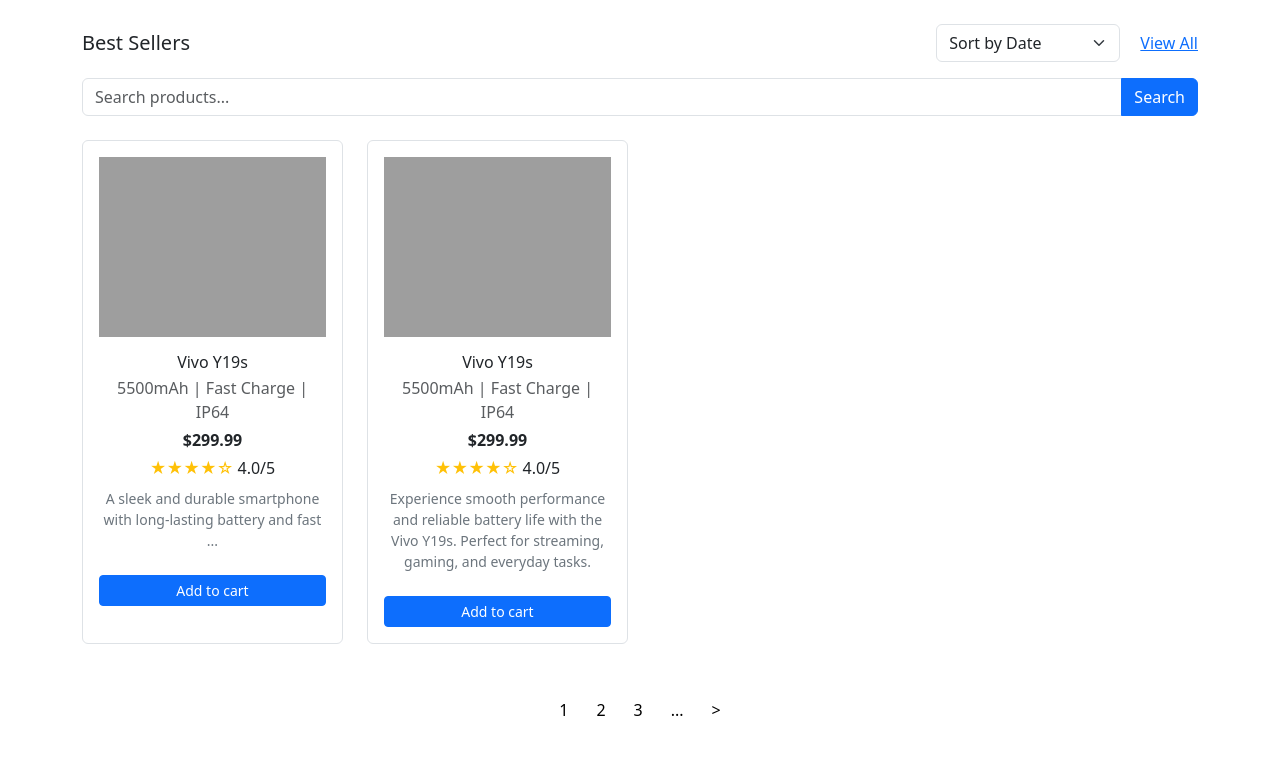
Repository: Darkrepo23/Ecommerce-Manalastas-project
Page: index.html
These files come from the project's save history. The page is drawn as it stood at one moment and after the next save; the edit follows.
The browser window is 1280 px wide. The pictures show the part of the page from y = 470 to 1246 px (the page is 1883 px tall).
Pictures or frames that could not be fetched are drawn as grey boxes. Some web libraries are served in a nearby version.

Above is the page before, as saved 2026-01-06 10:40:56.

### index.html
<!doctype html>
<html lang="en">

<head>
    <meta charset="utf-8">
    <meta name="viewport" content="width=device-width, initial-scale=1">
    <link rel="stylesheet" href="css/nav.css">
    <title>Homepage - Bootstrap Mock</title>
    <link href="https://cdn.jsdelivr.net/npm/bootstrap@5.3.2/dist/css/bootstrap.min.css" rel="stylesheet">
    <link rel="stylesheet" href="https://cdn.jsdelivr.net/npm/bootstrap-icons@1.11.0/font/bootstrap-icons.css">

    <style>
        .main-carousel {
            height: 380px;
            /* <<--- change this height anytime */
        }

        .product-card {
            transition: transform 0.3s ease, box-shadow 0.3s ease;
            cursor: pointer;
        }

        .product-card:hover {
            transform: translateY(-5px);
            box-shadow: 0 10px 20px rgba(0, 0, 0, 0.2);
        }

        .product-card img {
            transition: transform 0.3s ease;
        }

        .product-card:hover img {
            transform: scale(1.05);
        }

        .product-card button {
            transition: background-color 0.3s ease, transform 0.2s ease;
        }

        .product-card button:hover {
            background-color: #0056b3;
            /* Darker shade */
            transform: scale(1.05);
        }

        .main-carousel img {
            height: 100%;
            width: 100%;
            object-fit: cover;
            /* makes image fill the box nicely */
        }

        .promo img {
            width: 100%;
            height: 40vh;
            /* or 100vh for full viewport height */
            object-fit: cover;
            background-position: center;
            background-size: cover;
        }

        .page-btn {
            background-color: #f0f0f0;
            border: 1px solid #ccc;
            padding: 8px 14px;
            border-radius: 5px;
            cursor: pointer;
            transition: all 0.3s ease;
            font-weight: lighter;
        }

        .page-btn:hover {
            background-color: #007bff;
            color: #fff;
            transform: scale(1.1);
            box-shadow: 0 4px 8px rgba(0, 0, 0, 0.2);
        }

        .page-btn:active {
            animation: bounce 0.3s;
        }

        @keyframes bounce {
            0% {
                transform: scale(1);
            }

            50% {
                transform: scale(0.9);
            }

            100% {
                transform: scale(1);
            }
        }


        /* Footer */
        .footer {
            background-color: var(--dark-blue);
            color: white;
            padding: 3rem 0 1rem;
            margin-top: 4rem;
        }

        .footer-links {
            display: flex;
            gap: 3rem;
            justify-content: center;
            margin-bottom: 2rem;
        }

        .footer-link {
            color: white;
            text-decoration: none;
            font-size: 1.1rem;
            font-weight: 500;
            transition: all 0.3s ease;
        }

        .footer-link:hover {
            color: #fff;
            transform: translateY(-2px);
        }

        .social-icons {
            display: flex;
            gap: 2rem;
            justify-content: center;
            margin: 2rem 0;
        }

        .social-icon {
            width: 50px;
            height: 50px;
            background: white;
            color: var(--dark-blue);
            border-radius: 50%;
            display: flex;
            align-items: center;
            justify-content: center;
            font-size: 1.5rem;
            transition: all 0.3s ease;
        }

        .social-icon:hover {
            background-color: var(--primary-blue);
            color: white;
            transform: translateY(-5px) rotate(360deg);
        }

        .custom-checkbox {
            width: 20px;
            height: 20px;
            cursor: pointer;
            transition: all 0.3s ease;
        }

        .custom-checkbox:hover {
            transform: scale(1.2);
        }

        /* Status Order Tabs */
        .status-tabs {
            background: white;
            border-radius: 12px;
            box-shadow: 0 2px 8px rgba(0, 0, 0, 0.1);
            padding: 0.5rem;
            display: flex;
            gap: 0.5rem;
            overflow-x: auto;
            -webkit-overflow-scrolling: touch;
            scrollbar-width: none;
        }

        .status-tabs::-webkit-scrollbar {
            display: none;
        }

        .status-tab {
            padding: 0.75rem 1.25rem;
            border: none;
            background: transparent;
            color: #666;
            font-weight: 500;
            border-radius: 8px;
            transition: all 0.3s ease;
            position: relative;
            white-space: nowrap;
            display: flex;
            align-items: center;
            gap: 0.5rem;
            cursor: pointer;
            flex-shrink: 0;
        }

        .status-tab::before {
            content: '';
            position: absolute;
            bottom: 0;
            left: 50%;
            transform: translateX(-50%) scaleX(0);
            width: 80%;
            height: 3px;
            background-color: var(--primary-blue);
            transition: transform 0.3s ease;
        }

        .status-tab:hover {
            background-color: rgba(0, 86, 179, 0.05);
            color: var(--primary-blue);
        }

        .status-tab:hover::before {
            transform: translateX(-50%) scaleX(1);
        }

        .status-tab.active {
            background-color: var(--primary-blue);
            color: white;
        }

        .status-tab.active::before {
            display: none;
        }

        .status-tab i {
            font-size: 1.2rem;
        }

        .status-tab .badge {
            margin-left: 0.25rem;
            font-size: 0.75rem;
            animation: pulse 2s infinite;
        }

        .status-tab.active .badge {
            background-color: rgba(255, 255, 255, 0.3) !important;
            color: white !important;
        }

        .tab-icon-wrapper {
            display: flex;
            align-items: center;
            gap: 0.5rem;
        }

        @media (max-width: 768px) {


            .footer-links {
                flex-direction: column;
                gap: 1rem;
                justify-content: center;
                align-items: center;
            }

            .social-icons {
                gap: 1rem;
            }

            .price-info {
                text-align: center;
                width: 100%;
            }
        }
    </style>
</head>

<body>

    <nav class="navbar navbar-expand-lg navbar-light bg-white border-bottom">
        <div class="container">
            <a class="navbar-brand" href="#"><img src="img/logo.png" alt=""></a>
            <button class="navbar-toggler" type="button" data-bs-toggle="collapse" data-bs-target="#nav"
                aria-controls="nav" aria-expanded="false" aria-label="Toggle navigation">
                <span class="navbar-toggler-icon"></span>
            </button>
            <div class="collapse navbar-collapse" id="nav">
                <ul class="navbar-nav ms-auto">
                    <li class="nav-item"><a class="nav-link" href="#">Home</a></li>
                    <li class="nav-item"><a class="nav-link" href="#">About</a></li>
                    <li class="nav-item"><a class="nav-link" href="#products">Products</a></li>
                    <li class="nav-item">
                        <a class="nav-link" href="cart.html">
                            <img src="https://cdn-icons-png.flaticon.com/512/2838/2838895.png" alt="Cart" width="30"
                                height="30">
                        </a>
                    </li>
                    <div class="dropdown ms-lg-3">
                        <button class="btn btn-secondary dropdown-toggle" type="button" id="profileDropdown"
                            data-toggle="dropdown" aria-haspopup="true" aria-expanded="false">
                            My Profile
                        </button>
                        <div class="dropdown-menu" aria-labelledby="profileDropdown">
                            <a class="dropdown-item" href="#">View Profile</a>
                            <a class="dropdown-item" href="#">Edit Profile</a>
                            <a class="dropdown-item" href="#">Settings</a>
                            <div class="dropdown-divider"></div>
                            <a class="dropdown-item" href="#">Logout</a>
                        </div>
                    </div>
                </ul>
            </div>
        </div>
    </nav>

    <div class="container mt-4">

        <!-- Carousel Banner -->
        <div id="mainCarousel" class="carousel slide mb-4" data-bs-ride="carousel">
            <div class="carousel-inner">

                <div class="carousel-item active">
                    <img class="d-block w-100 main-carousel"
                        src="https://images.unsplash.com/photo-1498049794561-7780e7231661?auto=format&fit=crop&w=1300&q=80"
                        alt="Slide 1">
                </div>

                <div class="carousel-item">
                    <img class="d-block w-100 main-carousel"
                        src="https://images.unsplash.com/photo-1498049794561-7780e7231661?auto=format&fit=crop&w=1300&q=80"
                        alt="Slide 2">
                </div>

                <div class="carousel-item">
                    <img class="d-block w-100 main-carousel"
                        src="https://images.unsplash.com/photo-1505740420928-5e560c06d30e?auto=format&fit=crop&w=1300&q=80"
                        alt="Slide 3">
                </div>

                <div class="carousel-item">
                    <img class="d-block w-100 main-carousel"
                        src="https://images.unsplash.com/photo-1517336714731-489689fd1ca8?auto=format&fit=crop&w=1300&q=80"
                        alt="Slide 4">
                </div>

                <div class="carousel-item">
                    <img class="d-block w-100 main-carousel"
                        src="https://images.unsplash.com/photo-1518770660439-4636190af475?auto=format&fit=crop&w=1300&q=80"
                        alt="Slide 5">
                </div>

            </div>

            <!-- Controls -->
            <button class="carousel-control-prev" type="button" data-bs-target="#mainCarousel" data-bs-slide="prev">
                <span class="carousel-control-prev-icon"></span>
            </button>
            <button class="carousel-control-next" type="button" data-bs-target="#mainCarousel" data-bs-slide="next">
                <span class="carousel-control-next-icon"></span>
            </button>

            <!-- Indicators -->
            <div class="carousel-indicators">
                <button type="button" data-bs-target="#mainCarousel" data-bs-slide-to="0" class="active"></button>
                <button type="button" data-bs-target="#mainCarousel" data-bs-slide-to="1"></button>
                <button type="button" data-bs-target="#mainCarousel" data-bs-slide-to="2"></button>
                <button type="button" data-bs-target="#mainCarousel" data-bs-slide-to="3"></button>
                <button type="button" data-bs-target="#mainCarousel" data-bs-slide-to="4"></button>
            </div>

        </div>

        <div class="d-flex justify-content-between align-items-center mb-3" id="products">
            <h5 class="mb-0">Best Sellers</h5>
            <div>
                <select class="form-select d-inline-block w-auto">
                    <option>Sort by Date</option>
                    <option>Sort by Price</option>
                    <option>Sort by Popularity</option>
                </select>
                <a href="#" class="ms-3">View All</a>
            </div>
        </div>

        <div class="mb-4">
            <div class="input-group">
                <input type="text" class="form-control rounded-start" placeholder="Search products...">
                <button class="btn btn-primary rounded-end" type="button">Search</button>
            </div>
        </div>


        <!-- Products -->
        <div class="row g-4">

            <div class="col-md-3" onclick="location.href='view-product.html'">
                <div class="product-card border p-3 h-100">
                    <img src="https://images.unsplash.com/photo-1510557880182-3d4d3cba35a5?auto=format&fit=crop&w=600&q=80"
                        alt="product" class="img-fluid">
                    <h6 class="mt-3 mb-1">Vivo Y19s</h6>
                    <p class="text-muted mb-1">5500mAh | Fast Charge | IP64</p>
                    <p class="fw-bold mb-1">$299.99</p>
                    <div class="mb-2">
                        <span class="text-warning">&#9733;&#9733;&#9733;&#9733;&#9734;</span> 4.0/5
                    </div>
                    <p class="small text-secondary" id="specs">A sleek and durable smartphone with long-lasting battery
                        and fast
                        charging capability. Ideal for daily use and multitasking.</p>
                    <button class="btn btn-primary btn-sm mt-2 w-100">Add to cart</button>
                </div>
            </div>

            <div class="col-md-3" onclick="location.href='view-product.html'">
                <div class="product-card border p-3 h-100">
                    <img src="https://images.unsplash.com/photo-1511707171634-5f897ff02aa9?auto=format&fit=crop&w=600&q=80"
                        alt="product" class="img-fluid">
                    <h6 class="mt-3 mb-1">Vivo Y19s</h6>
                    <p class="text-muted mb-1">5500mAh | Fast Charge | IP64</p>
                    <p class="fw-bold mb-1">$299.99</p>
                    <div class="mb-2">
                        <span class="text-warning">&#9733;&#9733;&#9733;&#9733;&#9734;</span> 4.0/5
                    </div>
                    <p class="small text-secondary" id="specs">Experience smooth performance and reliable battery life with the
                        Vivo Y19s. Perfect for streaming, gaming, and everyday tasks.</p>
                    <button class="btn btn-primary btn-sm mt-2 w-100">Add to cart</button>
                </div>
            </div>

        </div>


        <div class="text-center mt-5 mb-5 fw-lighter">
            <div class="pagination d-inline-flex gap-2">
                <button class="page-btn">1</button>
                <button class="page-btn">2</button>
                <button class="page-btn">3</button>
                <button class="page-btn">...</button>
                <button class="page-btn">&gt;</button>
            </div>
        </div>

        <!-- Promo -->
        <div class="promo w-100 m-0 p-0">
            <img src="https://img.freepik.com/premium-vector/special-discount-offer-bannersale-banner-vector-template-discount-label-sale-background-special-discount-marketing-poster-design-web-social-vector-illustration_1213989-299.jpg"
                class="img-fluid w-100 d-block" alt="Promo Banner">
        </div>


    </div>

    <footer class="footer">
        <div class="container">
            <div class="footer-links">
                <a href="#" class="footer-link">ABOUT US</a>
                <a href="#" class="footer-link">PRODUCT</a>
                <a href="#" class="footer-link">CONTACT</a>
            </div>
            <div class="text-center mb-3">
                <p>Quality gadgets. Fair prices. Fast service.</p>
            </div>
            <div class="social-icons">
                <a href="#" class="social-icon">
                    <i class="bi bi-github"></i>
                </a>
                <a href="#" class="social-icon">
                    <i class="bi bi-envelope-fill"></i>
                </a>
            </div>
            <div class="text-center">
                <small>© 2025 TechHub. All rights reserved.</small>
            </div>
        </div>
    </footer>
    <!-- Bootstrap JS and Popper.js (required for dropdowns) -->
    <script>
        document.addEventListener("DOMContentLoaded", function () {
            function truncateParagraph(pId, maxLength = 100) {
                const p = document.getElementById(pId);
                if (!p) return;

                // Remove extra whitespace and truncate
                const text = p.textContent.trim();
                if (text.length > maxLength) {
                    p.textContent = text.slice(0, maxLength) + '...';
                }
            }

            // Call the function
            truncateParagraph('specs');
        });

    </script>
    <script src="https://code.jquery.com/jquery-3.5.1.slim.min.js"></script>
    <script src="https://cdn.jsdelivr.net/npm/@popperjs/core@2.5.3/dist/umd/popper.min.js"></script>
    <script src="https://stackpath.bootstrapcdn.com/bootstrap/4.5.2/js/bootstrap.min.js"></script>
    <script src="https://cdn.jsdelivr.net/npm/bootstrap@5.3.2/dist/js/bootstrap.bundle.min.js"></script>
</body>

</html>

Loaded but not shown: css/nav.css (59 lines, source omitted)

After the next save:
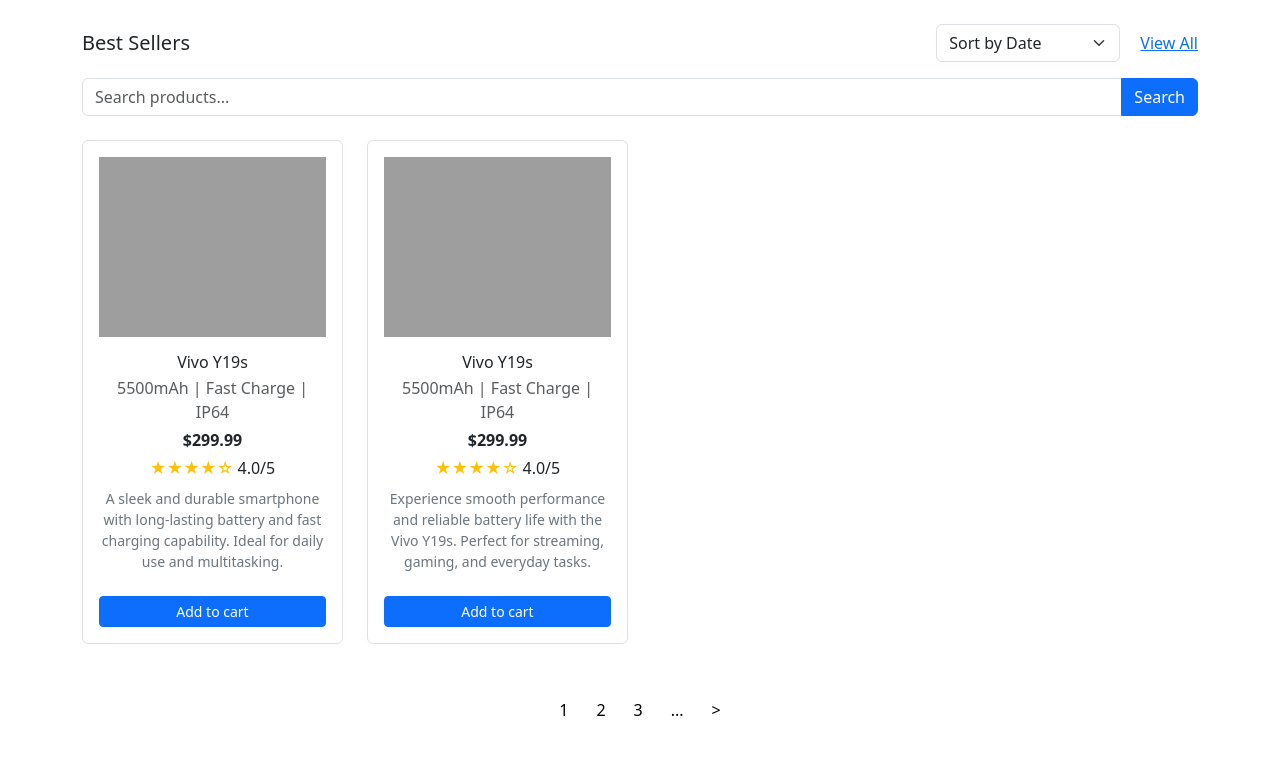
Saved 2 min 41 s later.
--- a/index.html
+++ b/index.html
@@ -465,21 +465,20 @@
     </footer>
     <!-- Bootstrap JS and Popper.js (required for dropdowns) -->
     <script>
-        document.addEventListener("DOMContentLoaded", function () {
-            function truncateParagraph(pId, maxLength = 100) {
-                const p = document.getElementById(pId);
-                if (!p) return;
-
-                // Remove extra whitespace and truncate
-                const text = p.textContent.trim();
-                if (text.length > maxLength) {
-                    p.textContent = text.slice(0, maxLength) + '...';
-                }
-            }
-
-            // Call the function
-            truncateParagraph('specs');
+       document.addEventListener("DOMContentLoaded", function () {
+    function truncateParagraphsByClass(className, maxLength = 100) {
+        const elements = document.querySelectorAll(`.${className}`);
+        elements.forEach(p => {
+            const text = p.textContent.trim();
+            if (text.length > maxLength) {
+                p.textContent = text.slice(0, maxLength) + '...';
+            }
         });
+    }
+
+    // Truncate all <p> with class "specs"
+    truncateParagraphsByClass('specs', 100);
+});
 
     </script>
     <script src="https://code.jquery.com/jquery-3.5.1.slim.min.js"></script>

After the 2 saves that followed:
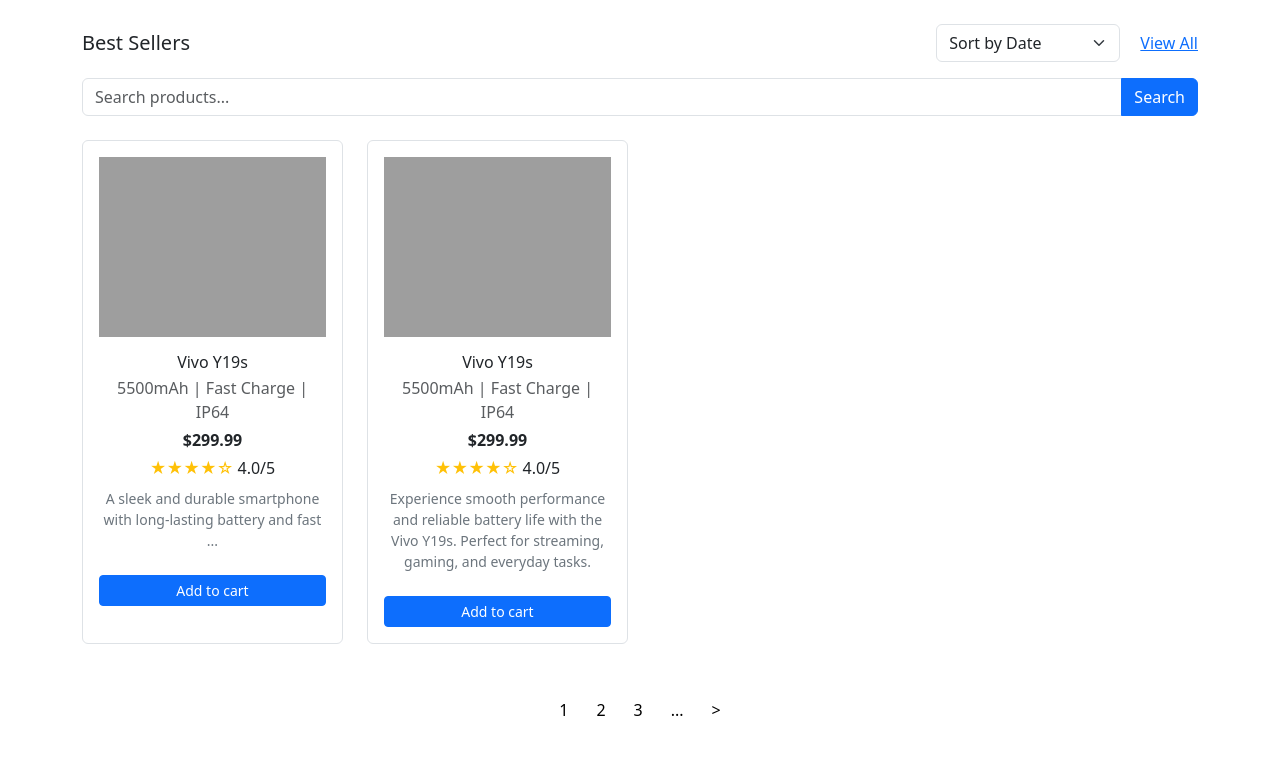
The 2 saves are shown as one change because 1 left the picture as it was.
The last was saved 27 s later.
--- a/index.html
+++ b/index.html
@@ -395,7 +395,7 @@
                     <div class="mb-2">
                         <span class="text-warning">&#9733;&#9733;&#9733;&#9733;&#9734;</span> 4.0/5
                     </div>
-                    <p class="small text-secondary" id="specs">A sleek and durable smartphone with long-lasting battery
+                    <p class="small text-secondary specs">A sleek and durable smartphone with long-lasting battery
                         and fast
                         charging capability. Ideal for daily use and multitasking.</p>
                     <button class="btn btn-primary btn-sm mt-2 w-100">Add to cart</button>
@@ -412,7 +412,8 @@
                     <div class="mb-2">
                         <span class="text-warning">&#9733;&#9733;&#9733;&#9733;&#9734;</span> 4.0/5
                     </div>
-                    <p class="small text-secondary" id="specs">Experience smooth performance and reliable battery life with the
+                    <p class="small text-secondary">Experience smooth performance and reliable battery life
+                        with the
                         Vivo Y19s. Perfect for streaming, gaming, and everyday tasks.</p>
                     <button class="btn btn-primary btn-sm mt-2 w-100">Add to cart</button>
                 </div>
@@ -465,20 +466,20 @@
     </footer>
     <!-- Bootstrap JS and Popper.js (required for dropdowns) -->
     <script>
-       document.addEventListener("DOMContentLoaded", function () {
-    function truncateParagraphsByClass(className, maxLength = 100) {
-        const elements = document.querySelectorAll(`.${className}`);
-        elements.forEach(p => {
-            const text = p.textContent.trim();
-            if (text.length > maxLength) {
-                p.textContent = text.slice(0, maxLength) + '...';
-            }
+        document.addEventListener("DOMContentLoaded", function () {
+            function truncateParagraphsByClass(className, maxLength = 100) {
+                const elements = document.querySelectorAll(`.${className}`);
+                elements.forEach(p => {
+                    const text = p.textContent.trim();
+                    if (text.length > maxLength) {
+                        p.textContent = text.slice(0, maxLength) + '...';
+                    }
+                });
+            }
+
+            // Truncate all <p> with class "specs"
+            truncateParagraphsByClass('specs', 100);
         });
-    }
-
-    // Truncate all <p> with class "specs"
-    truncateParagraphsByClass('specs', 100);
-});
 
     </script>
     <script src="https://code.jquery.com/jquery-3.5.1.slim.min.js"></script>
